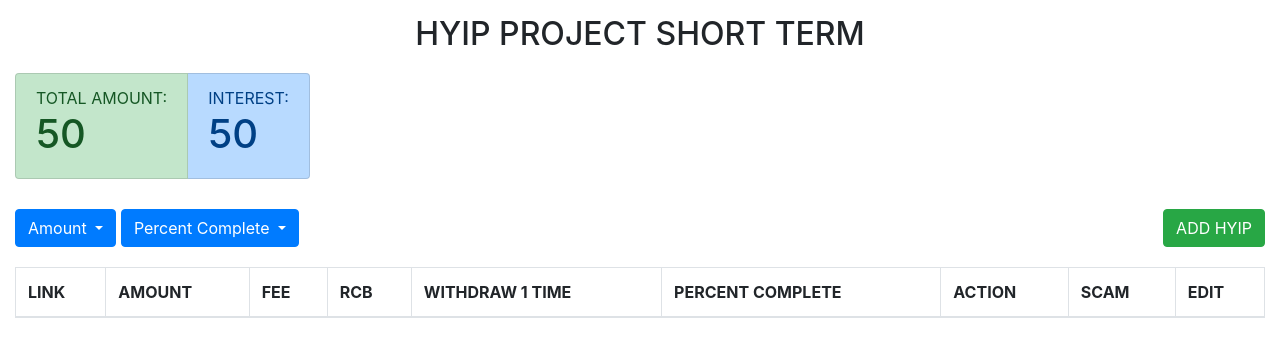
Repository: phamtrungvuong1998/hyip_project
Page: http://localhost/
These files come from the project's save history. The page is drawn as it stood at one moment and after a run of saves; the edit follows.
The browser window is 1280 px wide. The pictures show the whole page.
The page is served by the project's Laravel application, run on PHP 8.4 with Laravel 8. Other server files are loaded and not shown. Queries for data that is not in the repository find no rows.

Above is the page before, as saved 2022-08-30 07:45:27.

### routes/web.php
<?php

use Illuminate\Support\Facades\Route;
use App\Http\Controllers\HyipController;

/*
|--------------------------------------------------------------------------
| Web Routes
|--------------------------------------------------------------------------
|
| Here is where you can register web routes for your application. These
| routes are loaded by the RouteServiceProvider within a group which
| contains the "web" middleware group. Now create something great!
|
*/

Route::get('/', [HyipController::class, 'index']);
Route::post('/add-hyip', [HyipController::class, 'addHyip']);

### app/Http/Controllers/HyipController.php
<?php

namespace App\Http\Controllers;

use Illuminate\Http\Request;
use App\Models\Hyip as Hyip;

class HyipController extends Controller
{
    public function index()
    {
        $hyip = new Hyip();
        $dataView = [
            'data' => $hyip->all()
        ];
        return view('dashboard', $dataView);
    }

    public function addHyip(Request $request)
    {
        $hyip = new Hyip();
        $hyip->addHyip($request->all());

        return redirect()->back();
    }
}

### app/Models/Hyip.php
<?php

namespace App\Models;

use Illuminate\Database\Eloquent\Factories\HasFactory;
use Illuminate\Database\Eloquent\Model;

class Hyip extends Model
{
    use HasFactory;
    protected $fillable = [
        'link',
        'amount',
        'rcb_first',
        'rcb_second',
        'daily',
        'withdraw_1_time',
        'working_day',
        'fee',
        'rcb_ok'
    ];

    public function addHyip($request)
    {
        $data = [];
        foreach ($request as $key => $value) {
            if ($key !== '_token') {
                $data[$key] = $value;
            }
        }
        $this->create($data);
    }
}

### resources/views/dashboard.blade.php
<!doctype html>
<html lang="en">

<head>
    <meta charset="UTF-8">
    <meta name="viewport"
        content="width=device-width, user-scalable=no, initial-scale=1.0, maximum-scale=1.0, minimum-scale=1.0">
    <meta http-equiv="X-UA-Compatible" content="ie=edge">
    <link rel="stylesheet" href="https://cdn.jsdelivr.net/npm/bootstrap@4.6.1/dist/css/bootstrap.min.css">
    <script src="https://cdn.jsdelivr.net/npm/jquery@3.6.0/dist/jquery.slim.min.js"></script>
    <script src="https://cdn.jsdelivr.net/npm/popper.js@1.16.1/dist/umd/popper.min.js"></script>
    <script src="https://cdn.jsdelivr.net/npm/bootstrap@4.6.1/dist/js/bootstrap.bundle.min.js"></script>
    <link rel="stylesheet" href="{{ asset('css/app.css') }}">
    <title>ALL HYIP INVESTED SHORT TERM</title>
</head>

<body>
    <div class="container_app">
        <h2 id="title">HYIP PROJECT SHORT TERM</h2>
        <ul class="list-group list-group-horizontal list_hyip">
            <li class="list-group-item list-group-item-success">TOTAL AMOUNT: <h1>50</h1>
            </li>
            <li class="list-group-item list-group-item-primary">INTEREST: <h1>50</h1>
            </li>
        </ul>
        <div class="filter_hyip">
            <div class="dropdown dropdown_hyip">
                <button type="button" class="btn btn-primary dropdown-toggle" data-toggle="dropdown">
                    Amount
                </button>
                <div class="dropdown-menu">
                    <a class="dropdown-item" href="#">Amount ASC</a>
                    <a class="dropdown-item" href="#">Amount DESC</a>
                </div>
            </div>
            <div class="dropdown dropdown_hyip">
                <button type="button" class="btn btn-primary dropdown-toggle" data-toggle="dropdown">
                    Percent Complete
                </button>
                <div class="dropdown-menu">
                    <a class="dropdown-item" href="#">Percent Complete ASC</a>
                    <a class="dropdown-item" href="#">Percent Complete DESC</a>
                </div>
            </div>
            <!-- Button to Open the Modal -->
            <button type="button" class="btn btn-success btn_add" data-toggle="modal" data-target="#myModal">
                ADD HYIP
            </button>

            <!-- The Modal -->
            <div class="modal" id="myModal">
                <div class="modal-dialog">
                    <div class="modal-content">

                        <!-- Modal Header -->
                        <div class="modal-header">
                            <h4 class="modal-title">Add Hyip</h4>
                            <button type="button" class="close" data-dismiss="modal">&times;</button>
                        </div>

                        <form id="modal-body" method="POST" action="/add-hyip">
                            @csrf
                            <div class="form-group">
                                <label for="usr">Link:</label>
                                <input type="text" class="form-control" name="link" required>
                            </div>
                            <div class="form-group">
                                <label for="pwd">Amount:</label>
                                <input type="number" class="form-control"  name="amount" required step="any">
                            </div>
                            <div class="form-group">
                                <label for="pwd">Fee:</label>
                                <input type="number" class="form-control"  name="fee" required step="any">
                            </div>
                            <div class="form-group">
                                <label for="pwd">RCB first:</label>
                                <input type="number" class="form-control" name="rcb_first" required step="any">
                            </div>
                            <div class="form-group">
                                <label for="pwd">RCB second:</label>
                                <input type="number" class="form-control" name="rcb_second" step="any">
                            </div>
                            <div class="form-group">
                                <label for="pwd">Daily:</label>
                                <input type="number" class="form-control" name="daily" required step="any">
                            </div>
                            <div class="form-group">
                                <label for="pwd">Withdraw 1 time:</label>
                                <input type="number" class="form-control" name="withdraw_1_time" required step="any">
                            </div>
                            <div class="form-group">
                                <label>Working day:</label>
                            </div>
                            <div class="form-check">
                                <label class="form-check-label">
                                  <input type="radio" class="form-check-input" name="working_day" value="1" required>Yes
                                </label>
                              </div>
                              <div class="form-check">
                                <label class="form-check-label">
                                  <input type="radio" class="form-check-input" name="working_day" value="0" required>No
                                </label>
                              </div>
                            <div class="modal-footer">
                                <button type="submit" class="btn btn-primary">Add Hyip</button>
                                <button type="button" class="btn btn-danger" data-dismiss="modal">Close</button>
                            </div>
                        </form>

                    </div>
                </div>
            </div>
        </div>
        <table class="table table-bordered">
            <thead>
                <tr>
                    <th>LINK</th>
                    <th>AMOUNT</th>
                    <th>FEE</th>
                    <th>RCB</th>
                    <th>WITHDRAW 1 TIME</th>
                    <th>PERCENT COMPLETE</th>
                    <th>ACTION</th>
                    <th>SCAM</th>
                    <th>EDIT</th>
                </tr>
            </thead>
            <tbody>
                @foreach ($data as $key => $value)
                <tr>
                    <td><a href="{{$value->link}}" target="_blank">{{$value->link}}</a></td>
                    <td>{{$value->amount}}</td>
                    <td>{{$value->fee}}</td>
                    <td>
                        {{empty($value->rcb_second) ? $value->rcb_first : $value->rcb_second}}
                        @if ($value->rcb_ok == 0)
                            <button class="btn btn-danger">waiting</button>
                        @endif
                    </td>
                    <td>1{{$value->withdraw_1_time}}</td>
                    <td>
                        <div class="progress progress_hyip">
                            <div class="progress-bar progress-bar_hyip" style="width:12000%"></div>
                            <div class="percent_hyip">70%</div>
                        </div>
                    </td>
                    <td>
                        <button class="btn btn-success">withdraw</button>
                    </td>
                    <td>
                        <button class="btn btn-danger">SCAM</button>
                    </td>
                    <td>
                        <button class="btn btn-primary">EDIT</button>
                        <button class="btn btn-danger">DELETE</button>
                    </td>
                </tr>
                @endforeach
            </tbody>
        </table>
    </div>
</body>

</html>

### public/css/app.css
.container_app{
    margin-top: 15px;
    margin-left: 15px;
    margin-right: 15px;
}

#title{
    text-align: center;
    margin-bottom: 20px;
}

.list_hyip{
   margin-bottom: 30px;
}

.progress_hyip{
    position: relative;
    height: 40px;
}

.percent_hyip{
    position: absolute;
    top: 50%;
    left: 5%;
    color: white;
    font-size: 30px;
}

.filter_hyip{
    margin-bottom: 20px;
}

.dropdown_hyip{
    display: inline-block;
}

.btn_add{
    position: absolute;
    right: 15px;
}

#modal-body{
    padding-left: 10px;
    padding-right: 10px;
}

.modal-footer{
    padding-right: 0px;
}

Loaded but not shown: app/Http/Controllers/Controller.php (common file)

After the next 2 saves:
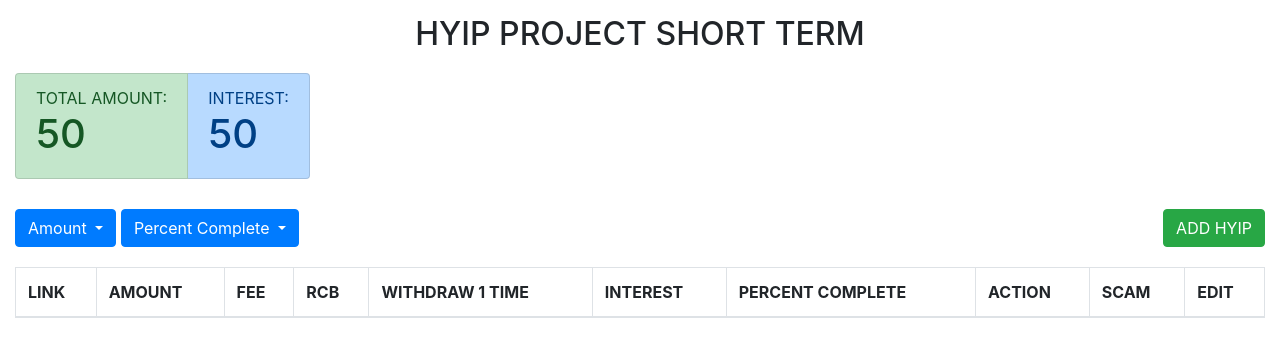
The 2 saves are shown as one change because they came seconds apart.
The last was saved 51 s later.
--- a/resources/views/dashboard.blade.php
+++ b/resources/views/dashboard.blade.php
@@ -119,6 +119,7 @@
                     <th>FEE</th>
                     <th>RCB</th>
                     <th>WITHDRAW 1 TIME</th>
+                    <th>INTEREST</th>
                     <th>PERCENT COMPLETE</th>
                     <th>ACTION</th>
                     <th>SCAM</th>
